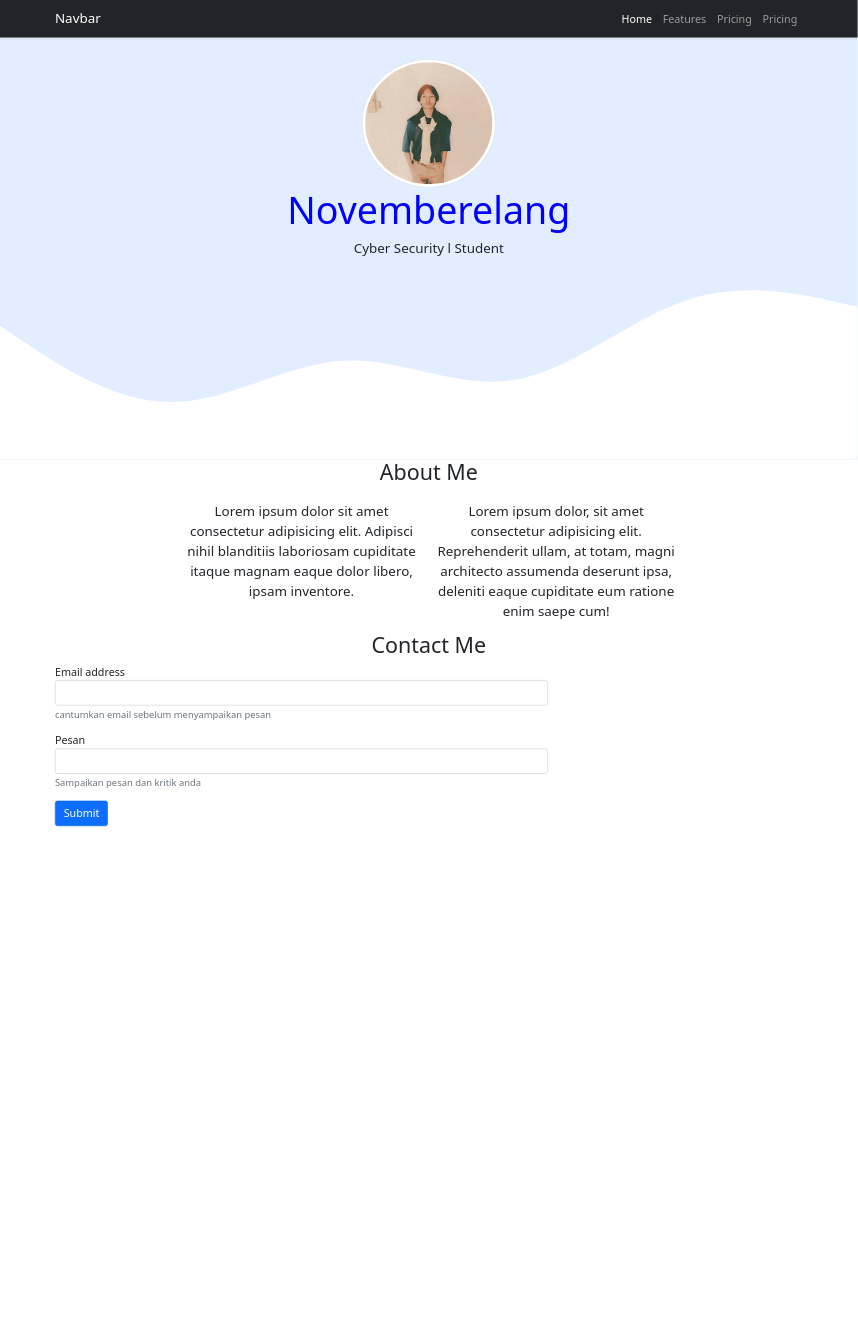
Repository: Novemberdad/gemilangtech.github.io
Page: index.html
An editor plug-in stored every save of this project. The page is shown before and after the next save, followed by the edit.
The browser window is 1280 px wide. The pictures show the whole page, at 67% of full size.

Above is the page before, as saved 2021-07-21 00:20:54.

After the next save:
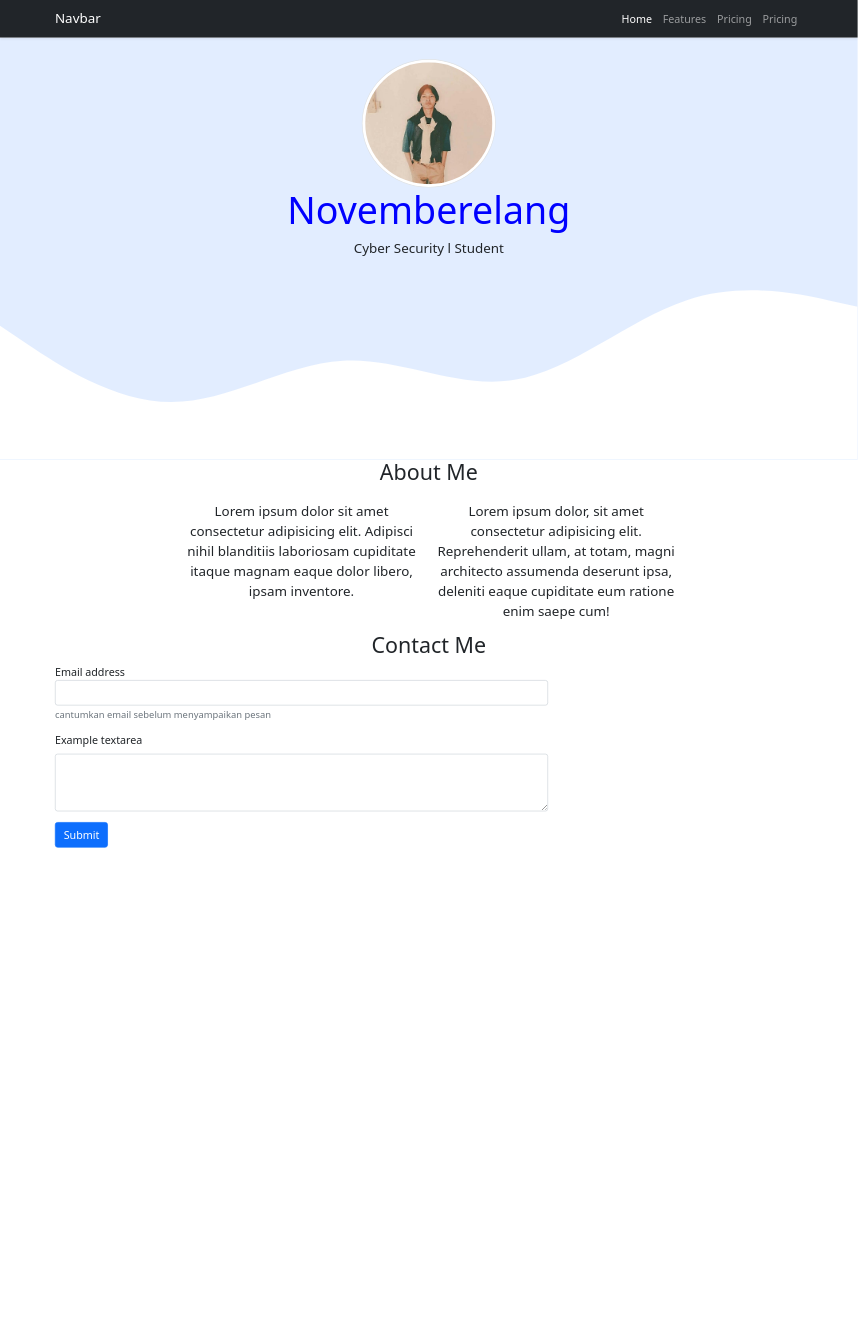
Saved 95 s later.
--- a/index.html
+++ b/index.html
@@ -100,9 +100,8 @@
                             <small id="emailHelp" class="form-text text-muted">cantumkan email sebelum menyampaikan pesan</small>
                         </div>
                         <div class="mb-3">
-                            <label for="exampleInputEmail1">Pesan</label>
-                            <input type="email" class="form-control" id="exampleInputEmail1" aria-describedby="emailHelp">
-                            <small id="emailHelp" class="form-text text-muted">Sampaikan pesan dan kritik anda</small>
+                            <label for="exampleFormControlTextarea1" class="form-label">Example textarea</label>
+                            <textarea class="form-control" id="exampleFormControlTextarea1" rows="3"></textarea>
                         </div>
                         <button type="submit" class="btn btn-primary">Submit</button>
                     </form>
